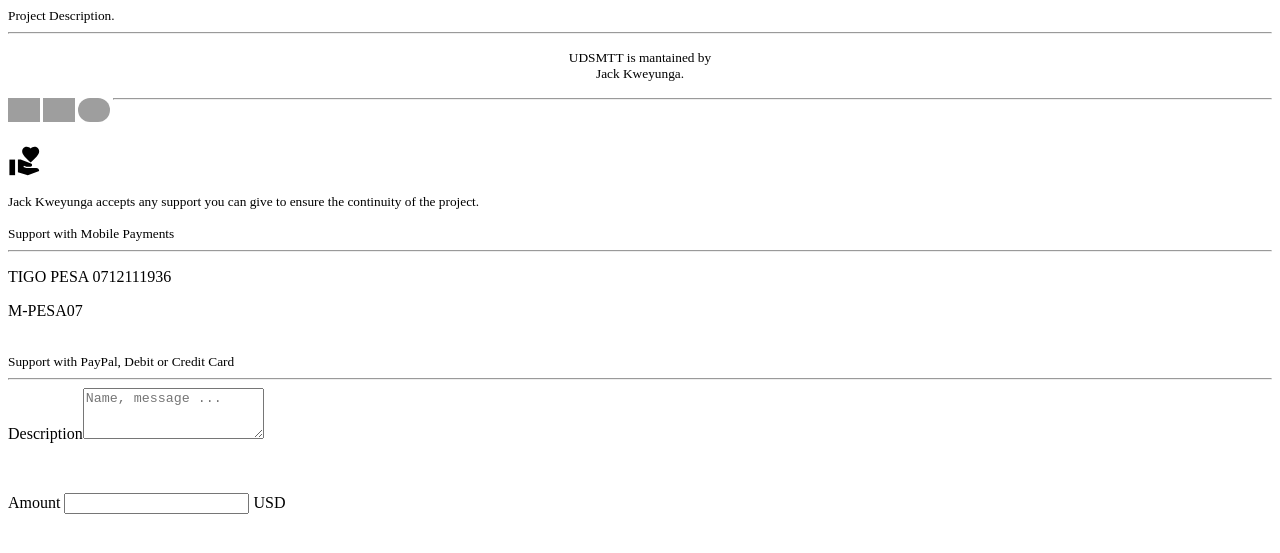
Repository: jackkweyunga/jek-mobile-timetable-v2
Page: src/modules/html/tmb-leftSN.html
An editor plug-in stored every save of this project. The page is shown before and after the next save, followed by the edit.
The browser window is 1280 px wide. The pictures show the whole page.
Pictures or frames that could not be fetched are drawn as grey boxes.

Above is the page before, as saved 2021-11-23 04:43:24.

### src/modules/html/tmb-leftSN.html
<div class="d-flex flex-column p-2">

  <small>Project Description.</small>
  <hr>

  <p class="myFont">
    <center><small>UDSMTT is mantained by <br> Jack Kweyunga.</small></center>
  </p>
  <div class="d-flex justify-content-center">
    <a href="https://tz.linkedin.com/in/jack-k-b7354017a?trk=profile-badge/">
      <img align="left" alt="jack's LinkedIN" width="32px"
        src="https://raw.githubusercontent.com/peterthehan/peterthehan/master/assets/linkedin.svg" />
    </a>

    <a class="px-5" href="https://twitter.com/jackkweyunga">
      <img align="left" alt="jack's twitter" width="32px"
        src="https://raw.githubusercontent.com/peterthehan/peterthehan/master/assets/twitter.svg" />
    </a>

    <a href="https://github.com/jackkweyunga">
      <img align="left" alt="jack's github" width="32px" class="bg-white p-0" style="border-radius: 100px;"
        src="https://raw.githubusercontent.com/peterthehan/peterthehan/master/assets/github.svg" />
    </a>
  </div>
  <hr>

  <br>
  <br>

  <svg xmlns="http://www.w3.org/2000/svg" enable-background="new 0 0 24 24" height="34px" viewBox="0 0 24 24"
    width="34px" fill="#000000">
    <g>
      <rect fill="none" height="24" width="24" />
    </g>
    <g>
      <g>
        <rect height="11" width="4" x="1" y="11" />
        <path
          d="M16,3.25C16.65,2.49,17.66,2,18.7,2C20.55,2,22,3.45,22,5.3c0,2.27-2.91,4.9-6,7.7c-3.09-2.81-6-5.44-6-7.7 C10,3.45,11.45,2,13.3,2C14.34,2,15.35,2.49,16,3.25z" />
        <path
          d="M20,17h-7l-2.09-0.73l0.33-0.94L13,16h2.82c0.65,0,1.18-0.53,1.18-1.18v0c0-0.49-0.31-0.93-0.77-1.11L8.97,11H7v9.02 L14,22l8.01-3v0C22,17.9,21.11,17,20,17z" />
      </g>
    </g>
  </svg>

  <p class="myFont">
    <small>
      Jack Kweyunga accepts any support you can give to
      ensure the continuity of the project.
    </small>

  </p>
</div>

<small class="myFont">Support with Mobile Payments</small>
<hr>
<p><span>TIGO PESA</span> <span>0712111936</span></p>
<p><span>M-PESA</span><span>07</span></p>

<br>

<small class="myFont">Support with PayPal, Debit or Credit Card</small>
<hr>

<div id="smart-button-container">
  <div class="d-flex flex-column"><label for="description" class="input-group-text">Description</label><textarea
      type="text" name="descriptionInput" id="description" maxlength="127" class="form-control" value="" rows="3"
      placeholder="Name, message ..."></textarea></div>
  <p id="descriptionError" style="visibility: hidden; color:red; text-align: center;">Please enter a description</p>
  <div class="input-group"><label for="amount" class="input-group-text">Amount </label><input name="amountInput"
      type="number" class="form-control" id="amount" value=""><span class="input-group-text"> USD</span></div>
  <p id="priceLabelError" style="visibility: hidden; color:red; text-align: center;">Please enter a price</p>
  <div id="invoiceidDiv" style="text-align: center; display: none;"><label for="invoiceid"> </label><input
      name="invoiceid" class="form-control" maxlength="127" type="text" id="invoiceid" value=""></div>
  <p id="invoiceidError" style="visibility: hidden; color:red; text-align: center;">Please enter an Invoice ID</p>
  <div style="text-align: center; margin-top: 0.625rem;" id="paypal-button-container"></div>
</div>

After the next save:
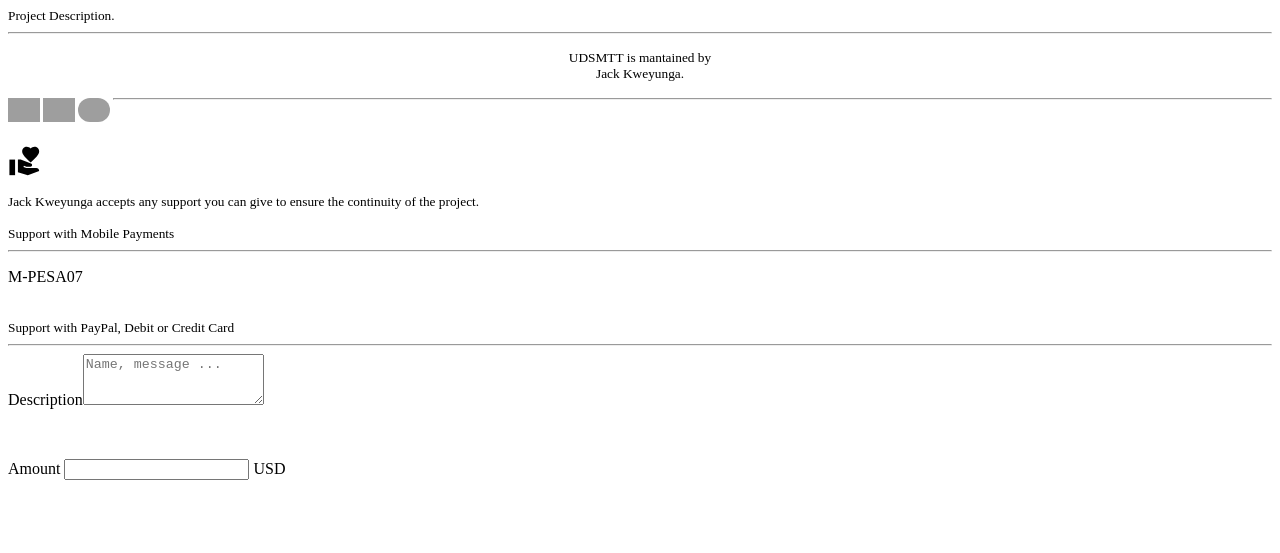
Saved 55 s later.
--- a/src/modules/html/tmb-leftSN.html
+++ b/src/modules/html/tmb-leftSN.html
@@ -54,7 +54,6 @@
 
 <small class="myFont">Support with Mobile Payments</small>
 <hr>
-<p><span>TIGO PESA</span> <span>0712111936</span></p>
 <p><span>M-PESA</span><span>07</span></p>
 
 <br>
